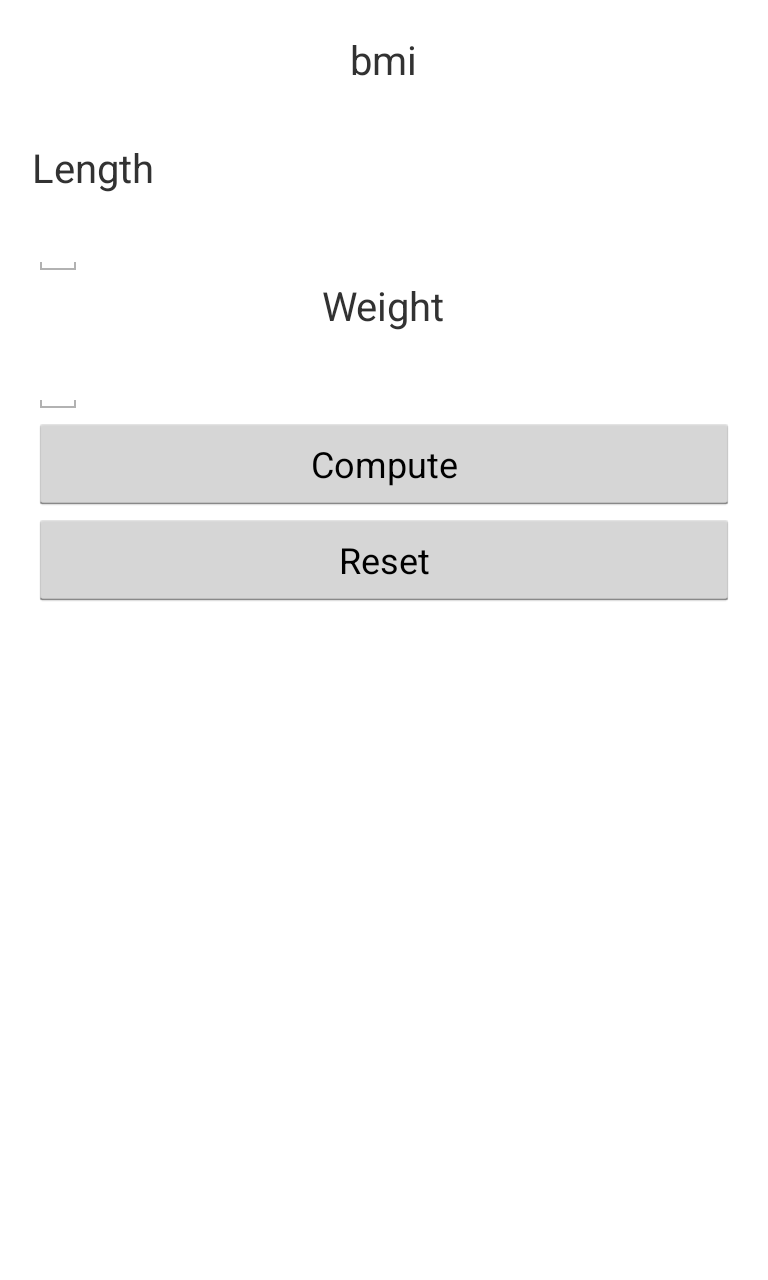
Repository: ek222mw/IDV436_API_Komponent
Layout: labb1_BMI/res/layout/activity_main.xml
An editor plug-in stored every save of this project. The layout is shown before and after the next save, followed by the edit.
It is drawn on a 768 x 1280 px phone screen (xhdpi) without system bars, with theme AppTheme; the app's code is not run.

Above is the layout before, as saved 2014-11-17 13:48:28.

After the next save:
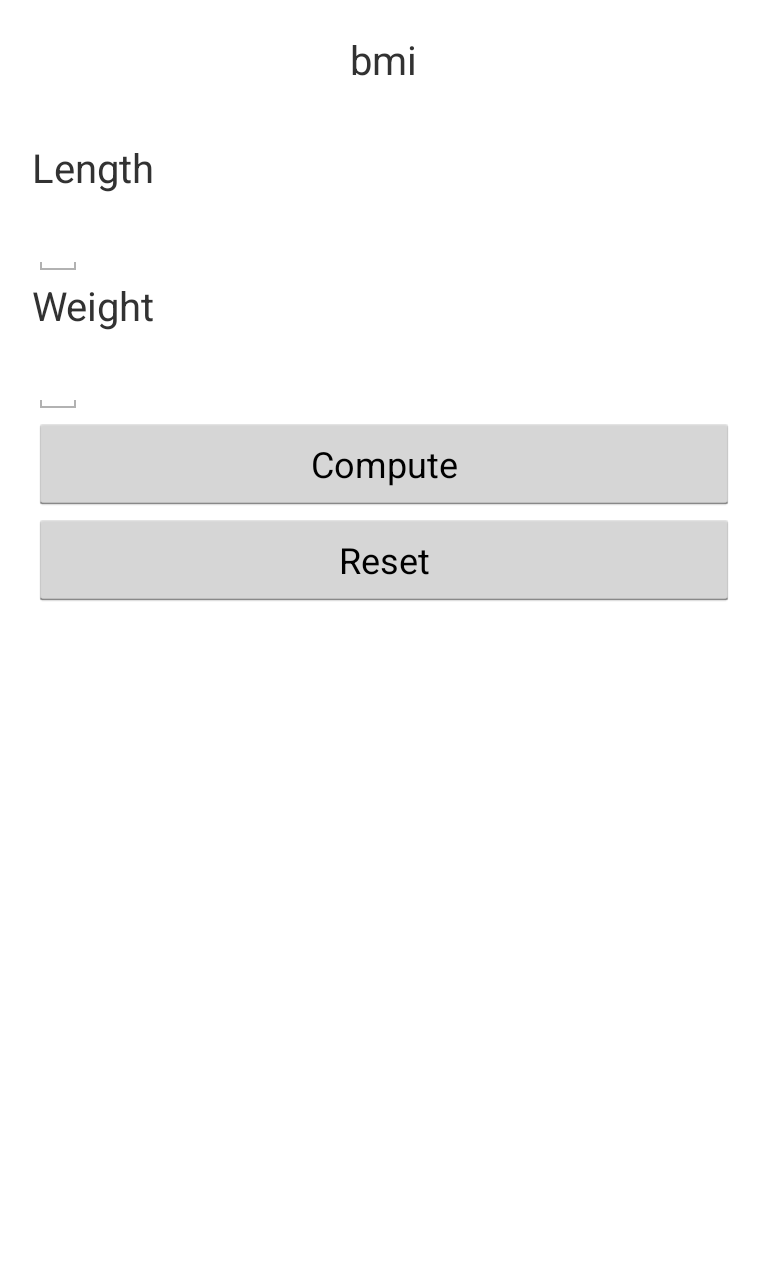
Saved 117 s later.
--- a/labb1_BMI/res/layout/activity_main.xml
+++ b/labb1_BMI/res/layout/activity_main.xml
@@ -51,7 +51,7 @@
         android:layout_width="wrap_content"
         android:layout_height="wrap_content"
         android:text="@string/weight"
-        android:layout_gravity="center"
+        android:layout_gravity="left"
         android:textSize="20sp"
          />
 
